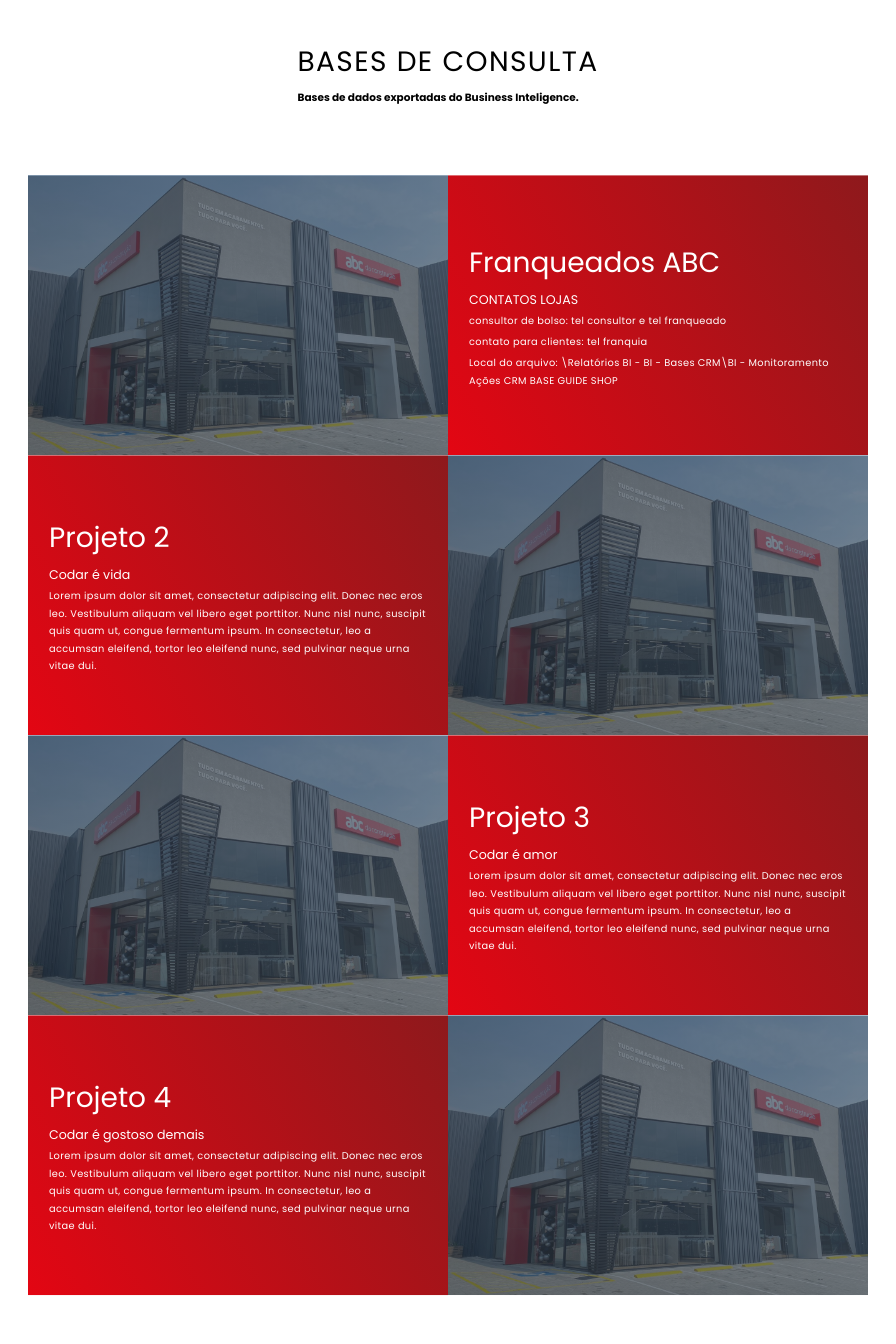
Repository: douglasabnovato/apresentacao
Page: index.html
These files come from the project's save history. The page is drawn as it stood at one moment and after a run of saves; the edit follows.
The browser window is 1280 px wide. The pictures show the part of the page from y = 1966 to 3886 px (the page is 13502 px tall), at 70% of full size.

Above is the page before, as saved 2025-01-14 16:58:31.

After the next 8 saves:
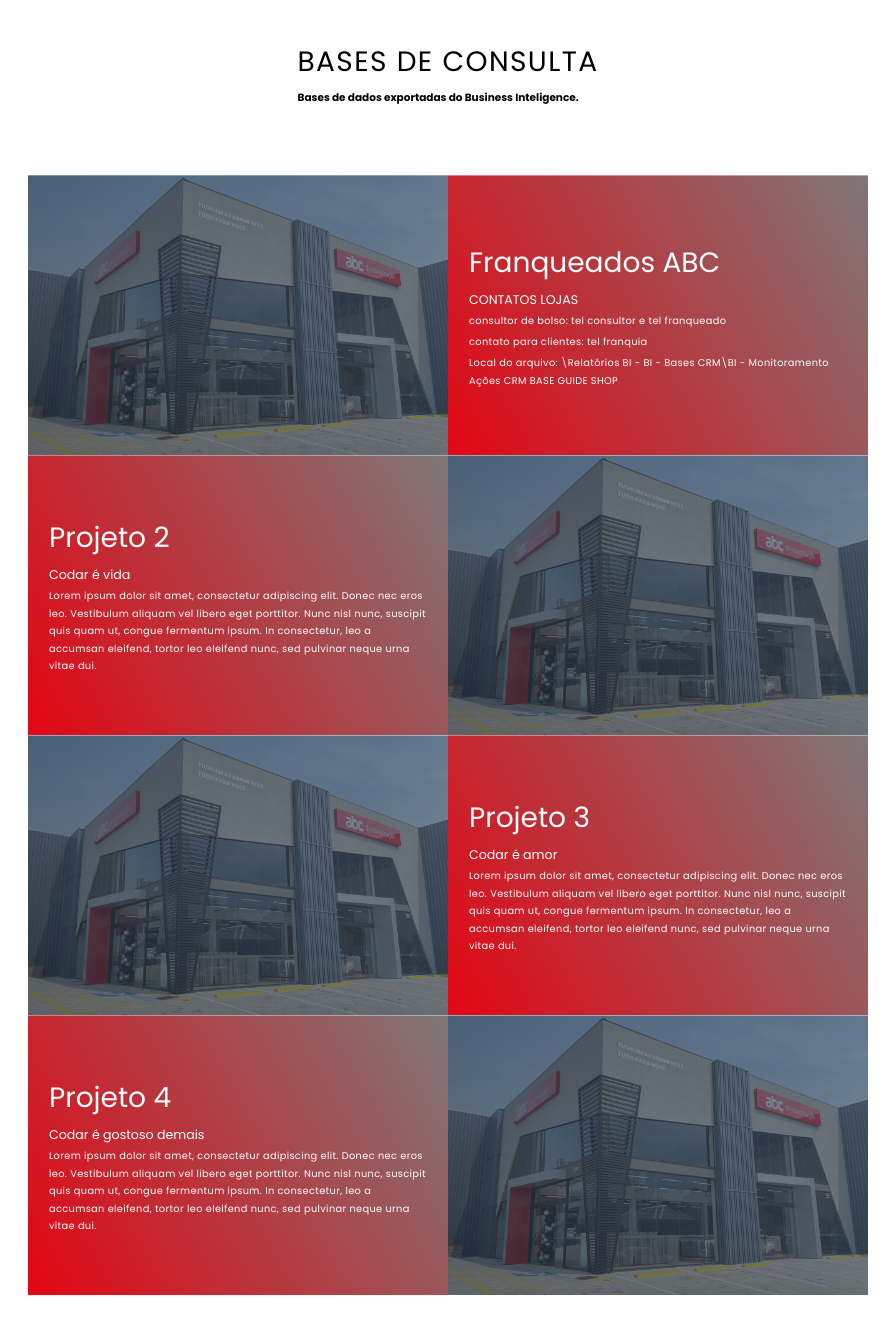
The 8 saves are shown as one change because they came seconds apart.
The last was saved 14 s later.
--- a/style.css
+++ b/style.css
@@ -278,7 +278,7 @@ p {
   align-items: flex-start;
   justify-content: center;
   flex-direction: column;
-  background-image: linear-gradient(60deg, #E30613 0%, #8E191C 100%);
+  background-image: linear-gradient(60deg, #E30613 0%, #7e7777 100%);
   color: white;
 }
 
